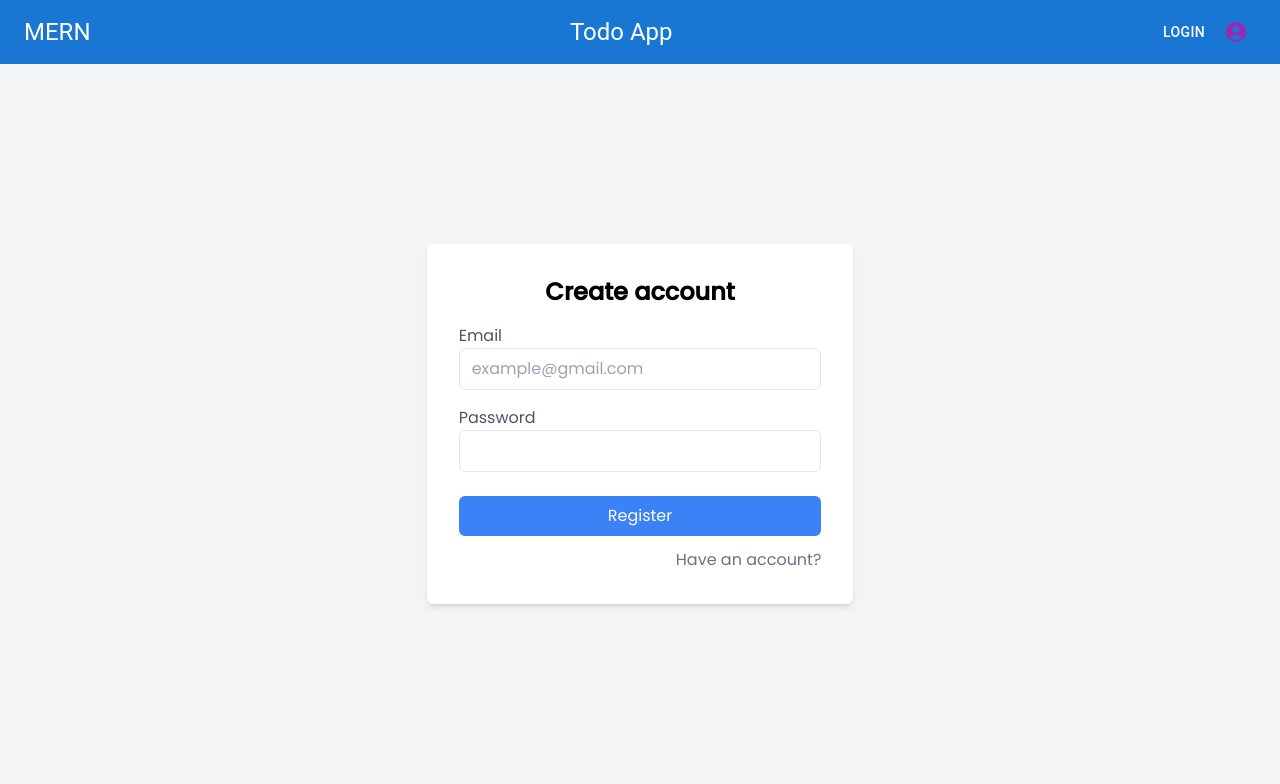
Repository: Nurlan-Bakenbaev/MERN--todo
Page: /register (app in client/)
These files come from the project's save history. The page is drawn as it stood at one moment and after a run of saves; the edit follows.
The browser window is 1280 px wide. The pictures show the whole page.
The project was rebuilt for these pictures with package versions that can differ from the ones it lists, and the page was loaded fresh each time. Also part of the build but not shown: client/vite.config.js, client/src/pages/Login.jsx.

Above is the page before, as saved 2023-10-15 16:56:08.

After the next 2 saves:
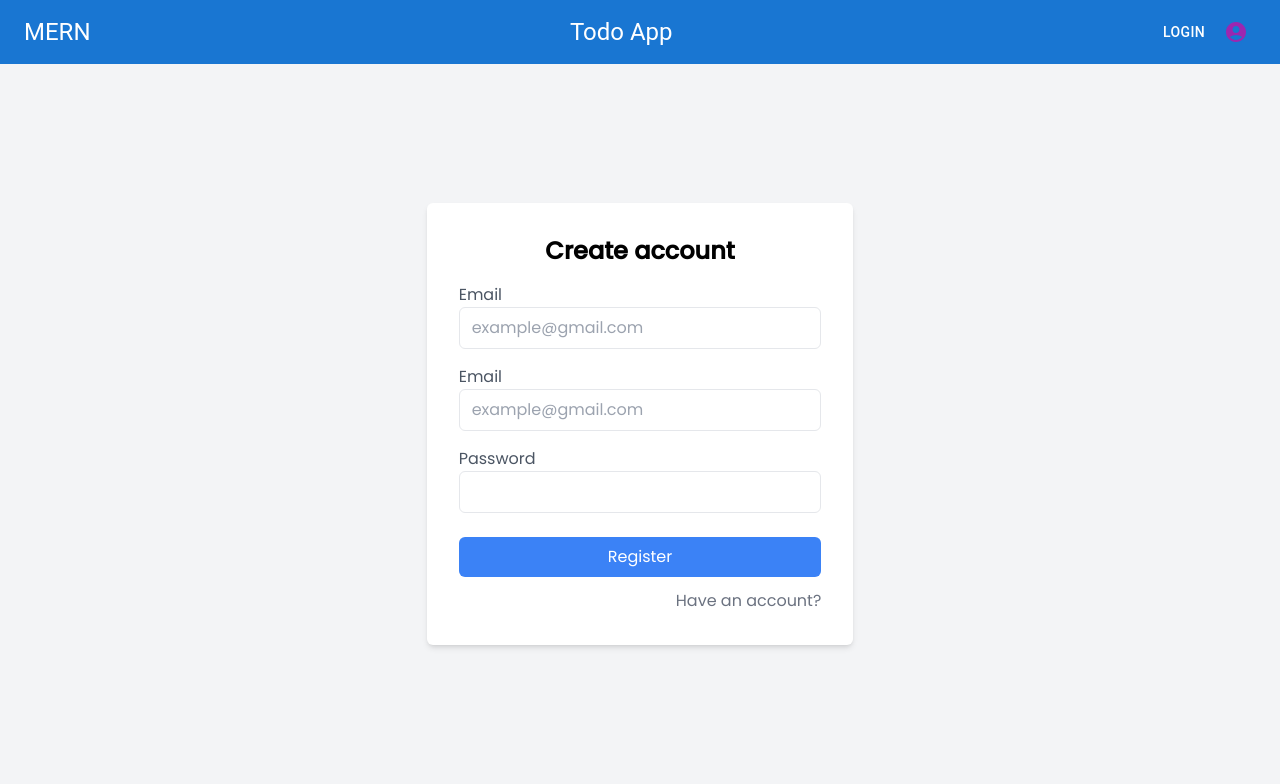
The 2 saves are shown as one change because they came seconds apart.
The last was saved 44 s later.
--- a/client/src/pages/Register.jsx
+++ b/client/src/pages/Register.jsx
@@ -8,6 +8,14 @@ const Register = () => {
           Create account
         </h1>
         <form>
+          <div className="mb-4">
+            <label className="block text-gray-600">Email</label>
+            <input
+              placeholder="example@gmail.com"
+              type="email"
+              className="w-full border rounded-md py-2 px-3"
+            />
+          </div>
           <div className="mb-4">
             <label className="block text-gray-600">Email</label>
             <input
